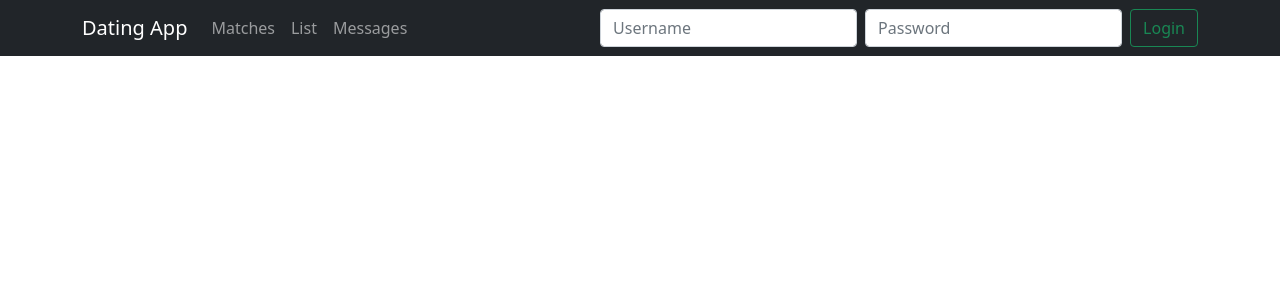
Repository: pedroHenriFeLima/DotNetCoreANDAngularDatingApp
Page: / (app in client/)
These files come from the project's save history. The page is drawn as it stood at one moment and after the next save; the edit follows.
The browser window is 1280 px wide. The pictures show the whole page.
The page's requests for data from a server got no answer. The project was rebuilt for these pictures with package versions that can differ from the ones it lists, and the page was loaded fresh each time. No one was signed in, and anything a server would have sent is missing. Also part of the build but not shown: client/angular.json.

Above is the page before, as saved 2021-10-15 00:53:18.

### client/src/app/app.module.ts
import { NgModule } from '@angular/core';
import { BrowserModule } from '@angular/platform-browser';

//http
import { HttpClientModule } from '@angular/common/http';

import { AppRoutingModule } from './app-routing.module';
import { AppComponent } from './app.component';
import { NavComponent } from './nav/nav.component';
import { FormsModule } from '@angular/forms';


@NgModule({
  declarations: [
    AppComponent,
    NavComponent
  ],
  imports: [
    BrowserModule,
    AppRoutingModule,
    HttpClientModule,
    FormsModule
  ],
  providers: [],
  bootstrap: [AppComponent]
})
export class AppModule { }

### client/src/app/app.component.ts
import { HttpClient } from '@angular/common/http';
import { Component, OnInit } from '@angular/core';

@Component({
  selector: 'app-root',
  templateUrl: './app.component.html',
  styleUrls: ['./app.component.css']
})
export class AppComponent implements OnInit{
  title = 'The Dating App';
  users: any;
  constructor(private http:HttpClient){}

  //onInit comes after the constructor in the angular lifecycle
  ngOnInit(){
    this.getUsers();
  }
  //http requests to an API is naturally an asynchronous request
  getUsers(){
    this.http.get('https://localhost:5001/api/users').subscribe(response => {
      console.log(response);
      this.users = response;
    },error => {
      console.log(error);
    });
  }
}

### client/src/app/nav/nav.component.ts
import { Component, OnInit } from '@angular/core';
import { AccountService } from '../_services/account.service';

@Component({
  selector: 'app-nav',
  templateUrl: './nav.component.html',
  styleUrls: ['./nav.component.css']
})
export class NavComponent implements OnInit {

  model:any = {}
  loggedIn:boolean = false;
  constructor(private accountService: AccountService) { }

  ngOnInit(): void {
  }

  login(){
    this.accountService.login(this.model).subscribe(response => {
      console.log(this.model);
      console.log(response);
      this.loggedIn = true;
    },error => {
      console.log(error);
    })
  }

  logOut(){
    this.loggedIn = false;
  }
}

### client/src/app/app.component.html
<app-nav></app-nav>
<div class="container" style="margin-top:100px;">
  <ul>
    <li *ngFor='let user of users'>{{user.id}} - {{user.userName}} </li>
  </ul>
</div>

### client/src/app/nav/nav.component.html
<nav class="navbar navbar-expand-md navbar-dark fixed-top bg-dark">
  <div class="container">
    <a class="navbar-brand" href="#">Dating App</a>

      <ul class="navbar-nav me-auto mb-2 mb-md-0">
        <li class="nav-item">
          <a class="nav-link" aria-current="page" href="#">Matches</a>
        </li>
        <li class="nav-item">
          <a class="nav-link" href="#">List</a>
        </li>
        <li class="nav-item">
          <a class="nav-link">Messages</a>
        </li>
      </ul>
      <form #loginForm="ngForm" class="d-flex" (ngSubmit)="login()" autocomplete="off">
        <input name="username" [(ngModel)]="model.username" class="form-control me-2" type="text" placeholder="Username">
        <input name="password" [(ngModel)]="model.password" class="form-control me-2" type="password" placeholder="Password">
        <button class="btn btn-outline-success" type="submit">Login</button>
      </form>
    </div>
</nav>

### client/src/app/_services/account.service.ts
import { HttpClient } from '@angular/common/http';
import { Injectable } from '@angular/core';

@Injectable({
  providedIn: 'root'
})
export class AccountService {
  baseUrl = 'https://localhost:5001/api/';
  constructor(private http:HttpClient) { }

  login(model:any) {
    return this.http.post(this.baseUrl + 'account/login', model);
  }
}

Loaded but not shown: client/src/index.html (common file); client/src/styles.css (common file); client/src/main.ts (common file); client/src/environments/environment.ts (common file); client/src/app/app-routing.module.ts (common file); client/src/app/app.component.css (no stored copy; drawn as an empty file); client/src/app/nav/nav.component.css (no stored copy; drawn as an empty file)

After the next save:
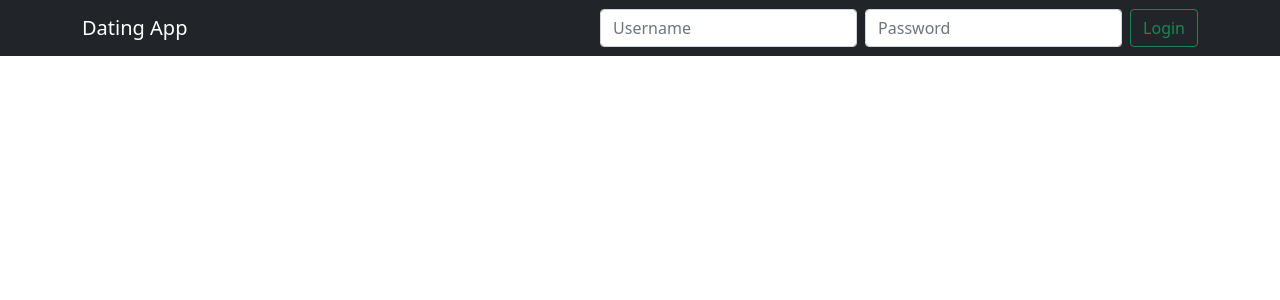
Saved 47 s later.
--- a/client/src/app/nav/nav.component.html
+++ b/client/src/app/nav/nav.component.html
@@ -2,7 +2,7 @@
   <div class="container">
     <a class="navbar-brand" href="#">Dating App</a>
 
-      <ul class="navbar-nav me-auto mb-2 mb-md-0">
+      <ul class="navbar-nav me-auto mb-2 mb-md-0" *ngIf="loggedIn">
         <li class="nav-item">
           <a class="nav-link" aria-current="page" href="#">Matches</a>
         </li>
